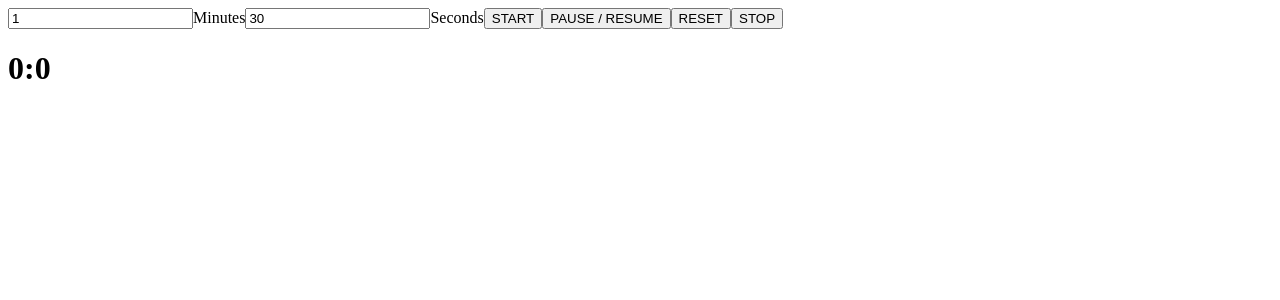
Repository: mariocapitbrok/set-interval-js-timer
Page: /
An editor plug-in stored every save of this project. The page is shown before and after the next save, followed by the edit.
The browser window is 1280 px wide. The pictures show the whole page.
The project was rebuilt for these pictures with package versions that can differ from the ones it lists, and the page was loaded fresh each time.

Above is the page before, as saved 2022-07-20 08:52:44.

After the next save:
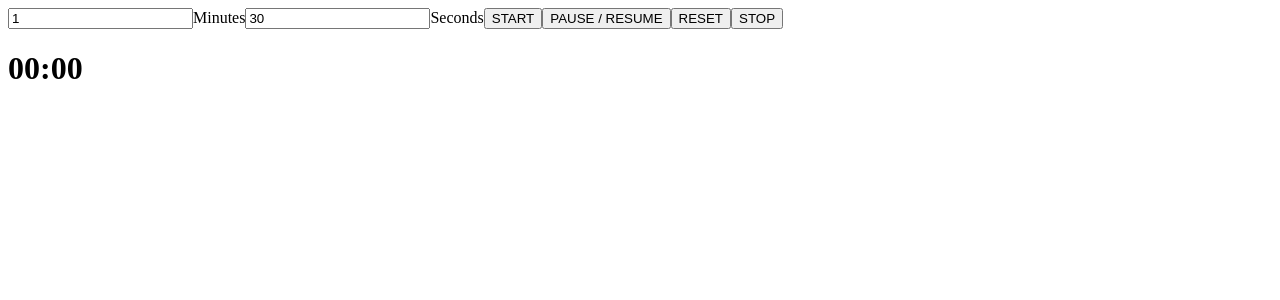
Saved 34 s later.
--- a/src/components/solution.jsx
+++ b/src/components/solution.jsx
@@ -20,8 +20,6 @@ function Solution() {
   const twoDigits = number => {
     return number < 10 ? '0' + number : String(number)
   }
-
-  console.log(twoDigits(8), twoDigits(11))
 
   useEffect(() => {
     setMinutes(calculateTime(totalSeconds).minutes)
@@ -85,7 +83,9 @@ function Solution() {
       <button onClick={resetTimer}>RESET</button>
       <button onClick={stopTimer}>STOP</button>
 
-      <h1 data-testid="running-clock">{`${minutes}:${seconds}`}</h1>
+      <h1 data-testid="running-clock">{`${twoDigits(minutes)}:${twoDigits(
+        seconds
+      )}`}</h1>
     </Fragment>
   )
 }
